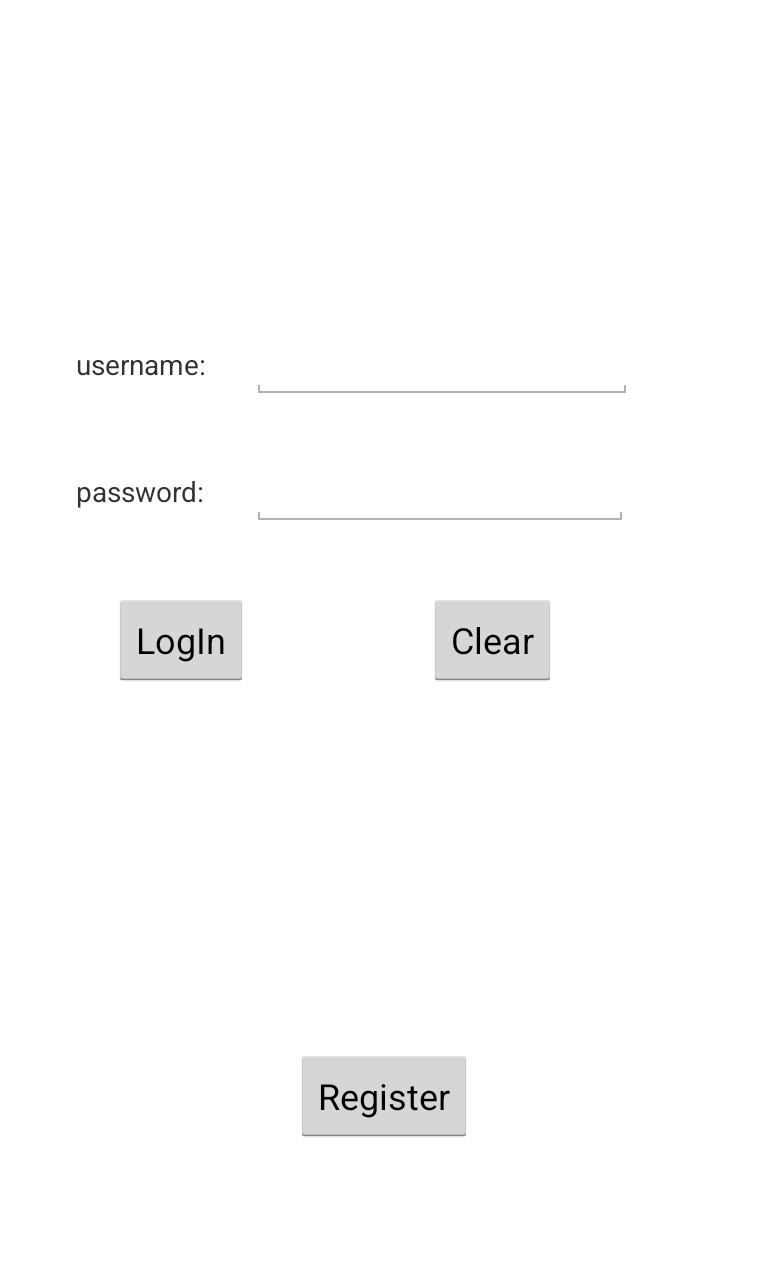
Repository: mpdehnel/seg
Layout: VectorOne/res/layout/activity_login.xml
An editor plug-in stored every save of this project. The layout is shown before and after the next save, followed by the edit.
It is drawn on a 768 x 1280 px phone screen (xhdpi) without system bars, with theme AppTheme; the app's code is not run.

Above is the layout before, as saved 2013-02-06 21:59:39.

After the next save:
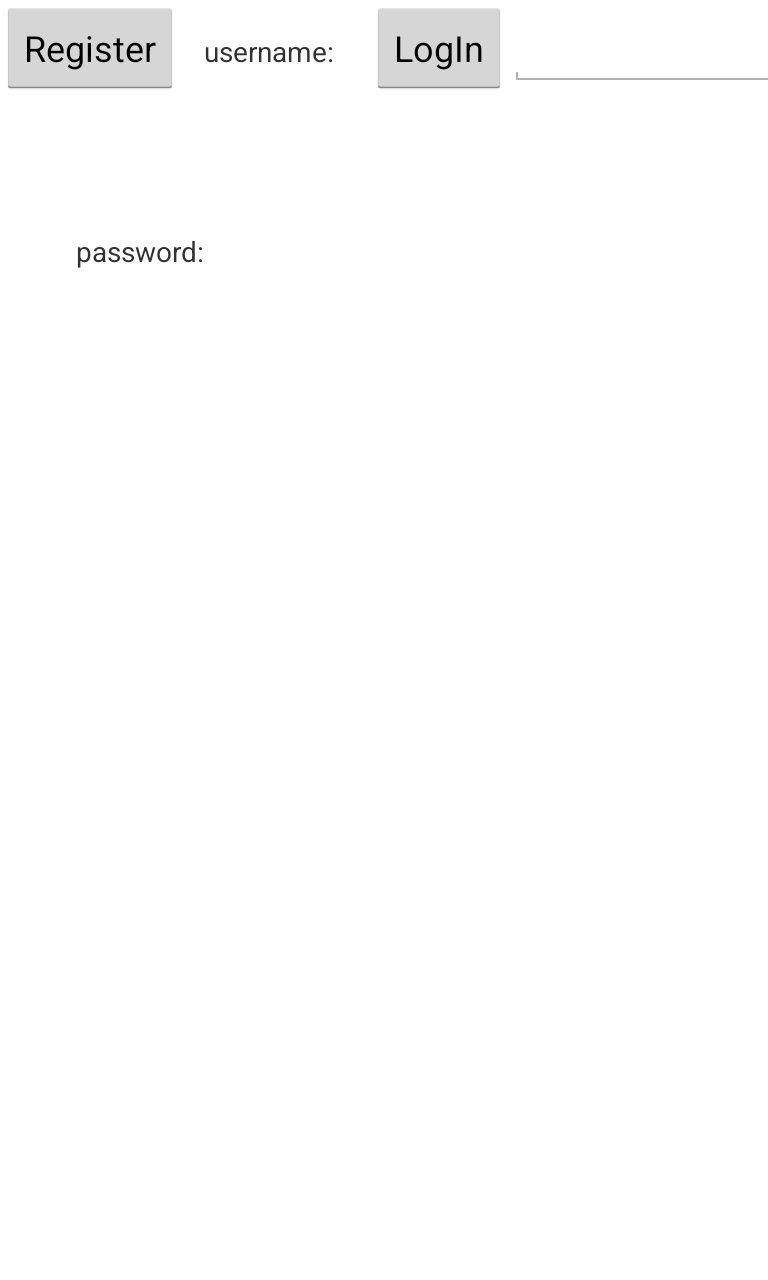
Saved 22 s later.
--- a/VectorOne/res/layout/activity_login.xml
+++ b/VectorOne/res/layout/activity_login.xml
@@ -1,4 +1,4 @@
-<RelativeLayout xmlns:android="http://schemas.android.com/apk/res/android"
+<GridLayout xmlns:android="http://schemas.android.com/apk/res/android"
     xmlns:tools="http://schemas.android.com/tools"
     android:id="@+id/login_layout"
     android:layout_width="match_parent"
@@ -75,4 +75,4 @@
         android:layout_marginLeft="38dp"
         android:text="@string/lable_password" />
 
-</RelativeLayout>
+</GridLayout>
